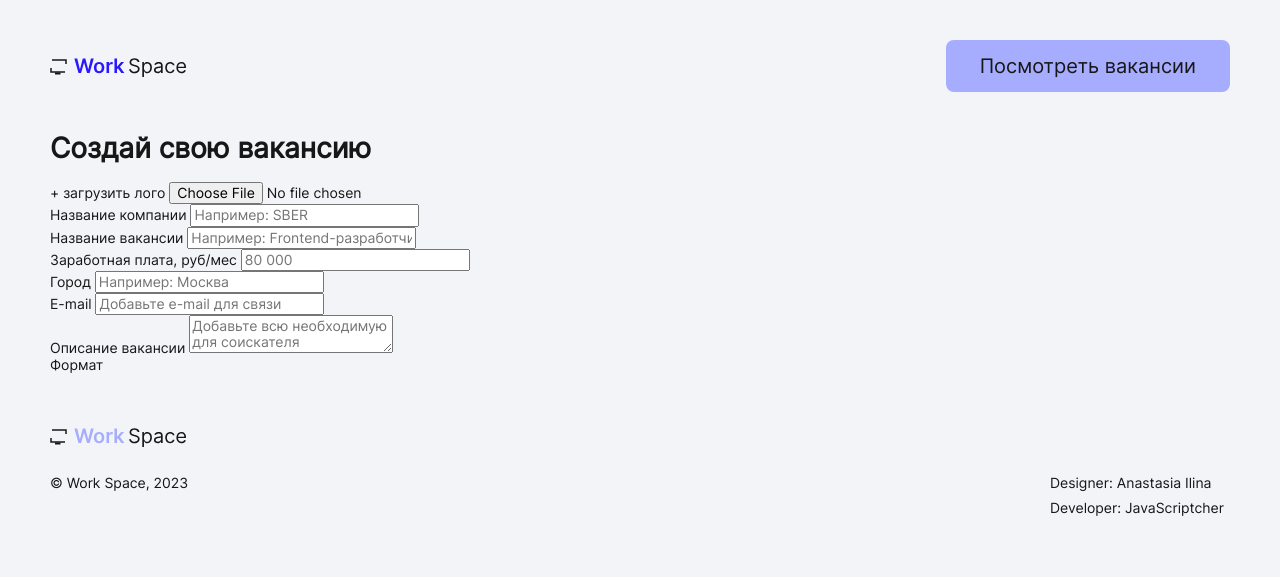
Repository: alexboagreek/workspace_js
Page: employer.html
An editor plug-in stored every save of this project. The page is shown before and after the next save, followed by the edit.
The browser window is 1280 px wide. The pictures show the whole page.

Above is the page before, as saved 2023-09-12 12:22:01.
Console error: TypeError: Cannot read properties of null (reading 'addEventListener')

After the next save:
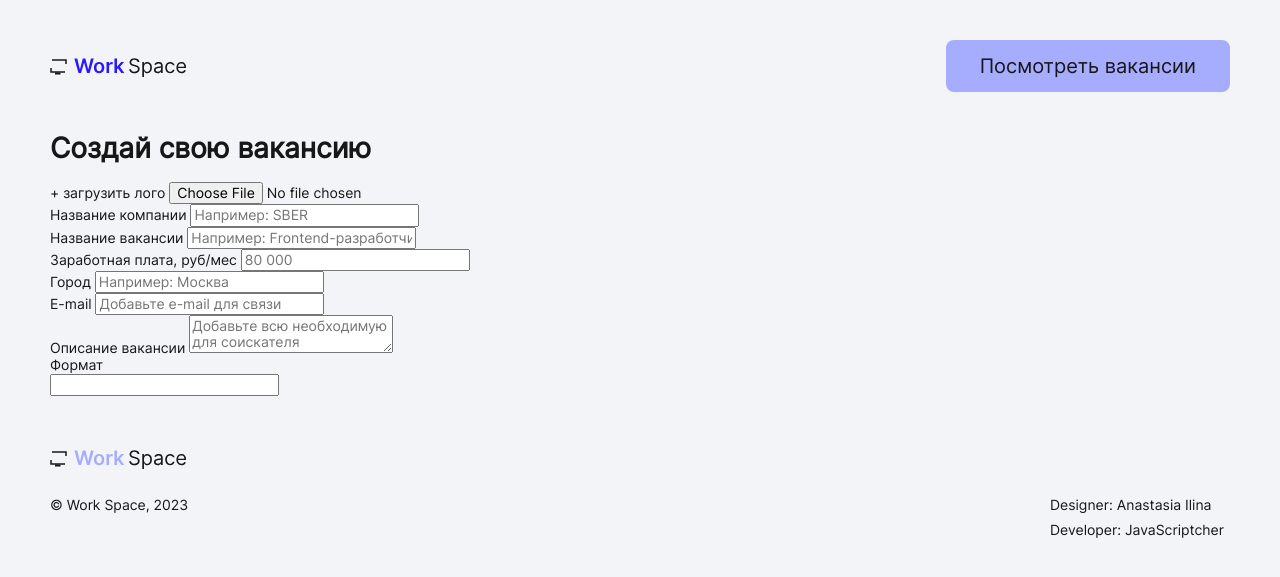
Saved 13 s later.
--- a/employer.html
+++ b/employer.html
@@ -137,7 +137,9 @@
               <fieldset class="employer__fieldset-radio">
                 <legend class="employer__legend">Формат</legend>
 
-                <label class="employer__label-radio radio"></label>
+                <label class="employer__label-radio radio">
+                  <input type="text" class="radio">
+                </label>
               </fieldset>
             </div>
           </form>
